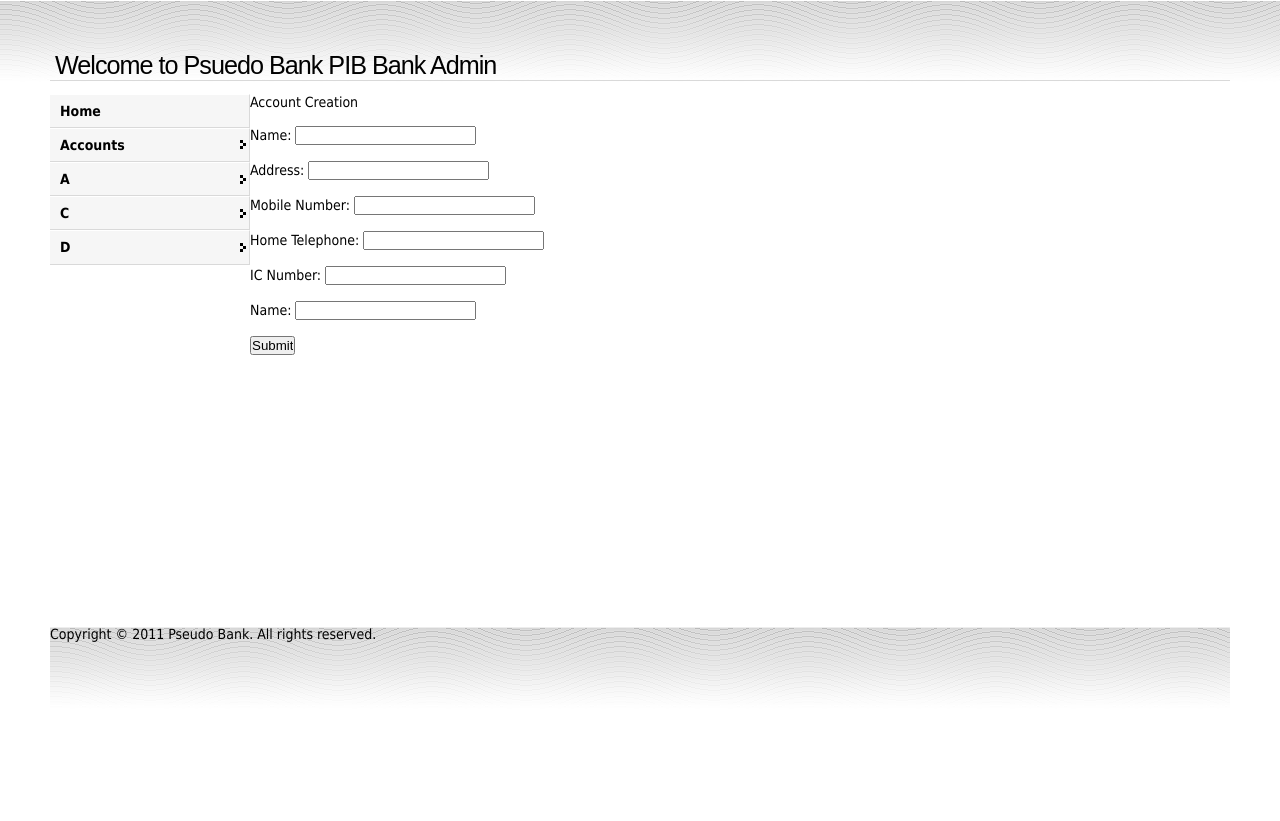
Repository: hareth12/Final-Year-Project
Page: http://localhost/bankAdmin/Account/accountCreation1.jsp
These files come from the project's save history. The page is drawn as it stood at one moment and after the next save; the edit follows.
The browser window is 1280 px wide. The pictures show the whole page.
The page is served by Tomcat 9. Other server files are loaded and not shown.

Above is the page before, as saved 2011-09-30 02:04:14.

### bankAdmin/WebContent/Account/accountCreation1.jsp
<!DOCTYPE html PUBLIC "-//W3C//DTD XHTML 1.0 Transitional//EN" "http://www.w3.org/TR/xhtml1/DTD/xhtml1-transitional.dtd">
<html xmlns="http://www.w3.org/1999/xhtml" xml:lang="en" lang="en">
<head>
<title>Psuedo Bank Personal Internal Banking</title>
<meta http-equiv="Content-Type" content="text/html; charset=utf-8" />
<meta name="author" content="Tom@Lwis (http://www.lwis.net/free-css-drop-down-menu/)" />
<meta name="keywords" content="css, dropdowns, dropdown menu, drop-down, menu, navigation, nav, horizontal, vertical left-to-right, vertical right-to-left, horizontal linear, horizontal upwards, cross browser, internet explorer, ie, firefox, safari, opera, browser, lwis" />
<meta name="description" content="Simple vertical left-to-right direction css drop-down menu demo using clean, standards-friendly, free, easy, cross browser framework for css drop-down menus" />
<link href="/pib/asset/secured/helper.css" media="screen" rel="stylesheet" type="text/css" />

<style type="text/css">

/* Layout */
@import "/pib/asset/secured/dropdown.css";
@import "/pib/asset/secured/dropdown.vertical.css";

/* Theme */
@import "/pib/asset/secured/default.css";

</style>


</head>
<body>
<div id="wrap">  <!-- This wrap div needs to encompass everything except the footer div at bottom -->
<h1>Welcome to Psuedo Bank PIB Bank Admin</h1>

<ul id="nav" class="dropdown dropdown-vertical">
    <li><a href="#">Home</a></li>
    <li class="dir">Accounts
        <ul>
            <li><a href="/bankAdmin/AccountCreation">Accounts Creation</a></li>
            <li><a href="#">Accounts Enquiry</a></li>
                <ul>
                    <li><a href="./">1</a></li>
                    <li><a href="./">2</a></li>
                    <li><a href="./">3</a></li>
                    <li><a href="./">4</a></li>
                    <li><a href="./">5</a></li>
                </ul>
            </li>
        </ul>
    </li>
    <li class="dir">A
        <ul>
            <li><a href="#">1</a></li>
            <li><a href="#">2</a></li>
            <li><a href="#">3</a></li>
        </ul>
    </li>
    <li class="dir">C
        <ul>
            <li><a href="./">1</a></li>
            <li><a href="./">2</a></li>
            <li><a href="./">3</a></li>
        </ul>
    </li>
    <li class="dir">D</a>
        <ul>
            <li><a href="./">1</a></li>
        </ul>
    </li>
</ul>
	<div id="main">
	Account Creation
	<br></br>

		<form name="input" action="html_form_action.asp" method="get">
		Name: <input type="text" name="user" /> <br></br>
		Address: <input type="text" name="user" /> <br></br>
		Mobile Number: <input type="text" name="user" /> <br></br>
		Home Telephone: <input type="text" name="user" /> <br></br>
		IC Number: <input type="text" name="user" /> <br></br>
		Name: <input type="text" name="user" /> <br></br>
		<input type="submit" value="Submit" />
		</form>




	</div>

</div>

<div class="footer">
	<div id="foot"> <!-- this extra div is just centering the fixed width area of the footer content -->

    <p>Copyright &copy; 2011 Pseudo Bank. All rights reserved.</p>
    </div>
</div>

</body>


</html>

### bankAdmin/WebContent/asset/secured/helper.css

* {
 margin: 0;
 padding: 0;
}

body {
 padding: 50px;
 border-top: solid 1px #fff;
 background: #fff url(images/pattern1.png) 0 0 repeat-x;
 font: 14px/normal Tahoma, Arial, Helvetica, sans-serif;
}

html, body{height: 100%;}

#wrap {min-height: 80%;}

#main {overflow:auto;
    padding-bottom: 20%;}  /* must be same height as the footer */

footer {

 position: relative;
 margin-top: -20%;
 height: 20%;
 clear:both;
 text-align: center;
 width:100%;
}

/* Footer */
#footer {background: #444444 url('images/footer.gif') repeat-x;color:#ffffff;font-size:11px;font-family:Verdana, Arial, sans-serif}
#footer2 {background-color: #444444;color:#ffffff;font-size:11px;font-family:Verdana, Arial, sans-serif;height:140px}
#footer a, #footer2 a {color:#ffffff;text-decoration:underline}
#footer a:hover, #footer2 a:hover {color:#804249;text-decoration:underline}
#footer a:visited, #footer2 a:visited  {color:#ffffff;text-decoration:underline}
#footer p, #footer2 p {margin:0 0 15px 0}
#footer p.axe img, #footer2 p.axe img {margin-bottom:-7px}
#foot {width:100%;margin:0 auto;background: url('images/pattern1.png') repeat-x;height:140px;line-height:1.1em;padding: 0;}
#foot2 {width:800px;margin:0 auto;height:140px;line-height:1.1em;padding:0 10px 0 10px}
#foot #left {width:400px;float:left;padding-top:72px}
#foot #right {width:250px;float:right;text-align:right;padding-top:72px}
#foot2 #left {width:450px;float:left;padding-top:45px}
#foot2 #right {width:250px;float:right;text-align:right;padding-top:45px}

.clearfix:after {content: ".";display: block;height: 0;clear: both;visibility: hidden}
.clearfix {display: inline-block}
* html .clearfix {height: 1%}
.clearfix {display: block}


p { margin-bottom: 1em; }

ul.classic {
 list-style: disc;
 margin-bottom: 1em;
 padding-left: 2em;
}

h1,h2,h3 {
 margin-bottom: .5em;
 font-family: Arial, Helvetica, sans-serif;
 line-height: normal;
}

h1 {
 border-bottom: solid 1px #d9d9d9;
 font-weight: normal;
 font-size: 180%;
 text-indent: 5px;
 letter-spacing: -1px;
}

.dropdown-upward {
 margin-top: 400px !important;
}

### bankAdmin/WebContent/asset/secured/dropdown.css
@charset "UTF-8";

/**
 * Horizontal CSS Drop-Down Menu Module
 *
 * @file        dropdown.css
 * @package     Dropdown
 * @version     0.7.1
 * @type        Transitional
 * @stacks      597-599
 * @browsers    Windows: IE6+, Opera7+, Firefox1+
 *              Mac OS: Safari2+, Firefox2+
 *
 * @link        http://www.lwis.net/
 * @copyright   2006-2008 Live Web Institute. All Rights Reserved.
 *
 */

ul.dropdown,
ul.dropdown li,
ul.dropdown ul {
 list-style: none;
 margin: 0;
 padding: 0;
}

ul.dropdown {
 position: relative;
 z-index: 597;
 float: left;
}

ul.dropdown li {
 float: left;
 line-height: 1.3em;
 vertical-align: middle;
 zoom: 1;
}

ul.dropdown li.hover,
ul.dropdown li:hover {
 position: relative;
 z-index: 599;
 cursor: default;
}

ul.dropdown ul {
 visibility: hidden;
 position: absolute;
 top: 100%;
 left: 0;
 z-index: 598;
 width: 100%;
}

ul.dropdown ul li {
 float: none;
}

ul.dropdown ul ul {
 top: 1px;
 left: 99%;
}

ul.dropdown li:hover > ul {
 visibility: visible;
}

### bankAdmin/WebContent/asset/secured/dropdown.vertical.css
@charset "UTF-8";

/**
 * Vertical Left-to-Right Direction CSS Drop-Down Menu Component
 *
 * @file		dropdown.vertical.css
 * @package		Dropdown
 * @version		0.3
 * @type		Transitional
 * @requires	dropdown.css
 * @browsers	Windows: IE5+, Opera7+, Firefox1+
 *				Mac OS: Safari2+, Firefox2+
 *
 * @link		http://www.lwis.net/
 * @copyright	2006-2008 Live Web Institute. All Rights Reserved.
 *
 */

@import "dropdown.css";

ul.dropdown-vertical {
 width: 200px;
}

ul.dropdown-vertical ul {
 top: 1px;
 left: 99%;
}

ul.dropdown-vertical li {
 float: none;
}

### bankAdmin/WebContent/asset/secured/default.css
@charset "UTF-8";

/**
 * Default CSS Drop-Down Menu Theme
 *
 * @file		default.css
 * @name		Default
 * @version		0.1.1
 * @type		transitional
 * @browsers	Windows: IE5+, Opera7+, Firefox1+
 *				Mac OS: Safari2+, Firefox2+
 *
 * @link		http://www.lwis.net/
 * @copyright	2008 Live Web Institute. All Rights Reserved.
 *
 * Module Classes: *.dir {} *.on {} *.open {} li.hover {} li.first {} li.last {}
 * Expected directory tag - li
 *
 */


/*-------------------------------------------------/
 * @section		Base Drop-Down Styling
 * @structure	ul (unordered list)
 *				ul li (list item)
 *				ul li a (links)
 *				/*\.class|(li|a):hover/
 * @level sep	ul
 */


ul.dropdown {
 font-weight: bold;
}

	ul.dropdown li {
	 padding: 7px 10px;
	 border-style: solid;
	 border-width: 1px 1px 1px 0;
	 border-color: #fff #d9d9d9 #d9d9d9;
	 background-color: #f6f6f6;
	 color: #000;
	}

	ul.dropdown li.hover,
	ul.dropdown li:hover {
	 background-color: #eee;
	 color: #000;
	}

	ul.dropdown a:link,
	ul.dropdown a:visited	{ color: #000; text-decoration: none; }
	ul.dropdown a:hover		{ color: #000; }
	ul.dropdown a:active	{ color: #ffa500; }


	/* -- level mark -- */

	ul.dropdown ul {
	 width: 150px;
	 margin-top: 1px;
	}

		ul.dropdown ul li {
		 font-weight: normal;
		}



/*-------------------------------------------------/
 * @section		Support Class `dir`
 * @level sep	ul, .class
 */


ul.dropdown *.dir {
 padding-right: 20px;
 background-image: url(../secured/images/nav-arrow-down.png);
 background-position: 100% 50%;
 background-repeat: no-repeat;
}


/* -- Components override -- */

ul.dropdown-horizontal ul *.dir {
 padding-right: 15px;
 background-image: url(../secured/images/nav-arrow-right.png);
 background-position: 100% 50%;
 background-repeat: no-repeat;
}

ul.dropdown-upward *.dir {
 background-image: url(../secured/images/nav-arrow-top.png);
}

ul.dropdown-vertical *.dir,
ul.dropdown-upward ul *.dir {
 background-image: url(../secured/images/nav-arrow-right.png);
}

ul.dropdown-vertical-rtl *.dir {
 padding-right: 10px;
 padding-left: 15px;
 background-image: url(../secured/images/nav-arrow-left.png);
 background-position: 0 50%;
}

After the next save:
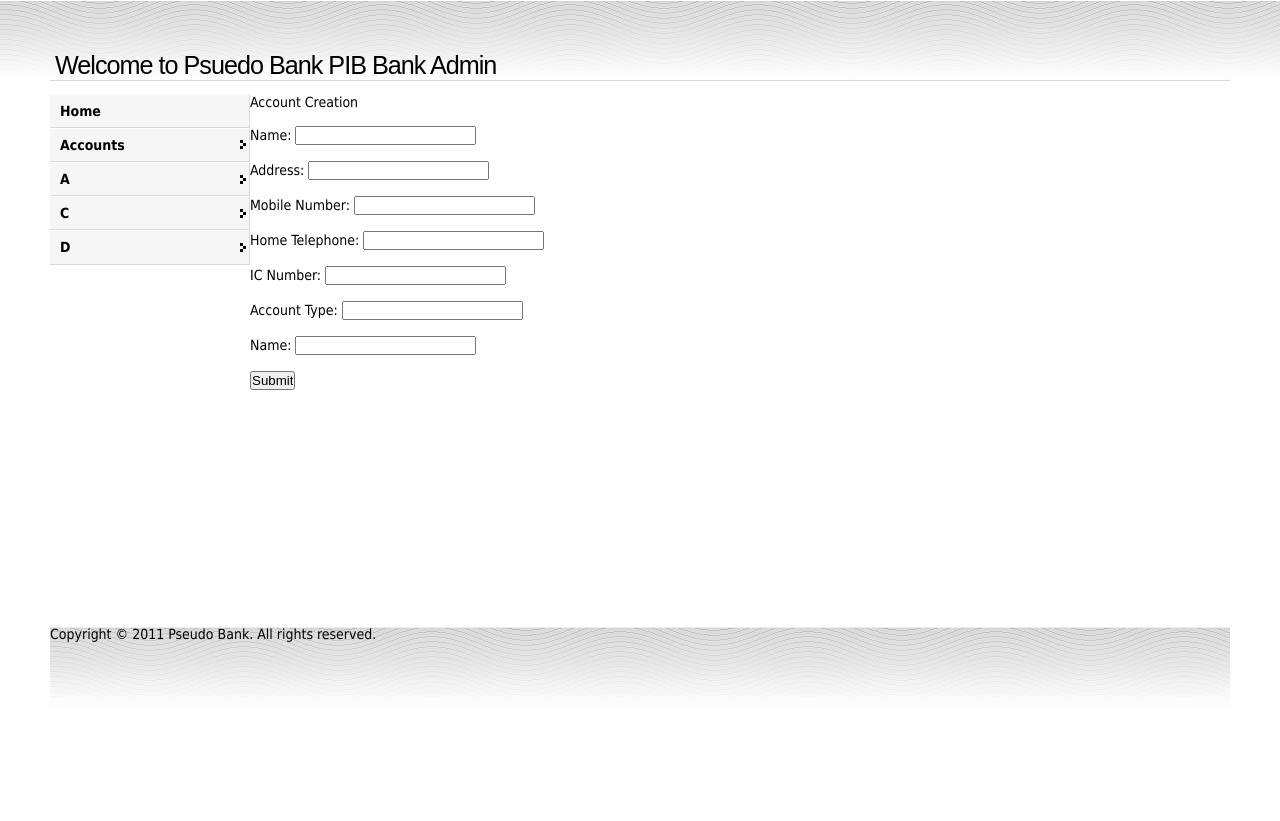
Saved 56 s later.
--- a/bankAdmin/WebContent/Account/accountCreation1.jsp
+++ b/bankAdmin/WebContent/Account/accountCreation1.jsp
@@ -66,13 +66,17 @@
 	<br></br>
 
 		<form name="input" action="html_form_action.asp" method="get">
+		<td>
 		Name: <input type="text" name="user" /> <br></br>
 		Address: <input type="text" name="user" /> <br></br>
 		Mobile Number: <input type="text" name="user" /> <br></br>
 		Home Telephone: <input type="text" name="user" /> <br></br>
 		IC Number: <input type="text" name="user" /> <br></br>
+
+		Account Type: <input type="text" name="user" /> <br></br>
 		Name: <input type="text" name="user" /> <br></br>
 		<input type="submit" value="Submit" />
+		</td>
 		</form>
 
 
